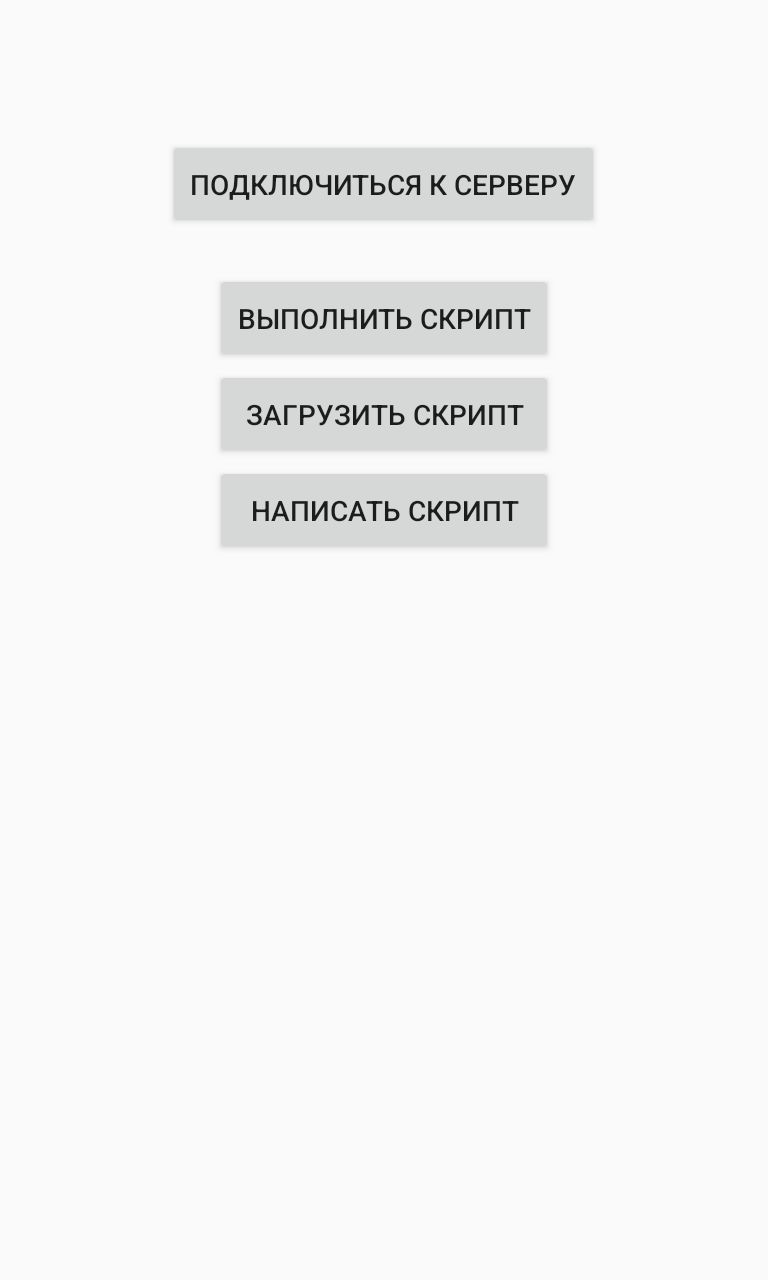
Repository: Laboratory711/Nightjar
Layout: android/Nightjar/workspace/Nightjar/res/layout/fragment_lab1.xml
These files come from the project's save history. The layout is drawn as it stood at one moment and after the next save; the edit follows.
It is drawn on a 768 x 1280 px phone screen (xhdpi) without system bars, with theme AppTheme; the app's code is not run.

Above is the layout before, as saved 2014-03-27 00:49:52.

### android/Nightjar/workspace/Nightjar/res/layout/fragment_lab1.xml
<RelativeLayout xmlns:android="http://schemas.android.com/apk/res/android"
    xmlns:tools="http://schemas.android.com/tools"
    android:layout_width="match_parent"
    android:layout_height="match_parent"
    android:paddingBottom="@dimen/activity_vertical_margin"
    android:paddingLeft="@dimen/activity_horizontal_margin"
    android:paddingRight="@dimen/activity_horizontal_margin"
    android:paddingTop="@dimen/activity_vertical_margin"
    tools:context="ru.vint.labsoo.Lab1$PlaceholderFragment" >

    <TextView
        android:id="@+id/textView2"
        android:layout_width="wrap_content"
        android:layout_height="wrap_content"
        android:layout_below="@+id/button1"
        android:layout_centerHorizontal="true"
        android:text="@string/TV_text" />

    <Button
        android:id="@+id/button2"
        android:layout_width="wrap_content"
        android:layout_height="wrap_content"
        android:layout_below="@+id/textView2"
        android:layout_centerHorizontal="true"
        android:text="@string/text_buttom2_Name" />

    <Button
        android:id="@+id/button3"
        android:layout_width="wrap_content"
        android:layout_height="wrap_content"
        android:layout_alignLeft="@+id/button2"
        android:layout_alignRight="@+id/button2"
        android:layout_below="@+id/button2"
        android:text="@string/text_buttom3_Name" />

    <Button
        android:id="@+id/button4"
        android:layout_width="wrap_content"
        android:layout_height="wrap_content"
        android:layout_alignLeft="@+id/button3"
        android:layout_alignRight="@+id/button3"
        android:layout_below="@+id/button3"
        android:text="@string/text_buttom4_Name" />

    <Button
        android:id="@+id/button1"
        android:layout_width="wrap_content"
        android:layout_height="wrap_content"
        android:layout_alignParentTop="true"
        android:layout_centerHorizontal="true"
        android:layout_marginTop="52dp"
        android:onClick="onClickButtom1"
        android:text="@string/text_buttom_Name" />

</RelativeLayout>

### android/Nightjar/workspace/Nightjar/res/values/strings.xml
<?xml version="1.0" encoding="utf-8"?>
<resources xmlns:android="http://schemas.android.com/apk/res/android">

    <string name="app_name">LabSOO</string>
    <string name="hello_world">Hello world!</string>
    <string name="action_settings">Настройки</string>
    <string android:layout_width="wrap_content" android:id="@+id/string1" android:layout_height="wrap_content" name="text_IP">IP Адрес сервера</string>
    <string android:id="@+id/string2" android:layout_height="wrap_content" android:layout_width="wrap_content" name="text_Port">Адрес порта</string>
    <string android:id="@+id/string3" android:layout_height="wrap_content" android:layout_width="wrap_content" name="text_buttom_Name">Подключиться к серверу</string>
    <string android:id="@+id/string4" android:layout_height="wrap_content" android:layout_width="wrap_content" name="TV_text"></string>
    <string android:id="@+id/string5" android:layout_height="wrap_content" android:layout_width="wrap_content" name="text_pref_app">Приложение написано группой студентов.</string>
	<string android:id="@+id/string6" android:layout_height="wrap_content" android:layout_width="wrap_content" name="text_buttom2_Name">Выполнить скрипт</string>
	<string android:id="@+id/string7" android:layout_height="wrap_content" android:layout_width="wrap_content" name="text_buttom3_Name">Загрузить скрипт</string>
	<string android:id="@+id/string8" android:layout_height="wrap_content" android:layout_width="wrap_content" name="text_buttom4_Name">Написать скрипт</string>
	<string name="pref_IP">IP_adres</string>
	<string name="pref_App">App</string>
	<string name="pref_Port">Prot</string>
</resources>

Loaded but not shown: android/Nightjar/workspace/Nightjar/res/values/styles.xml (common file); android/Nightjar/workspace/Nightjar/res/values-v11/styles.xml (common file); android/Nightjar/workspace/Nightjar/res/values-v14/styles.xml (common file); android/Nightjar/workspace/Nightjar/res/values/dimens.xml (common file); android/Nightjar/workspace/Nightjar/res/values-w820dp/dimens.xml (common file)

After the next save:
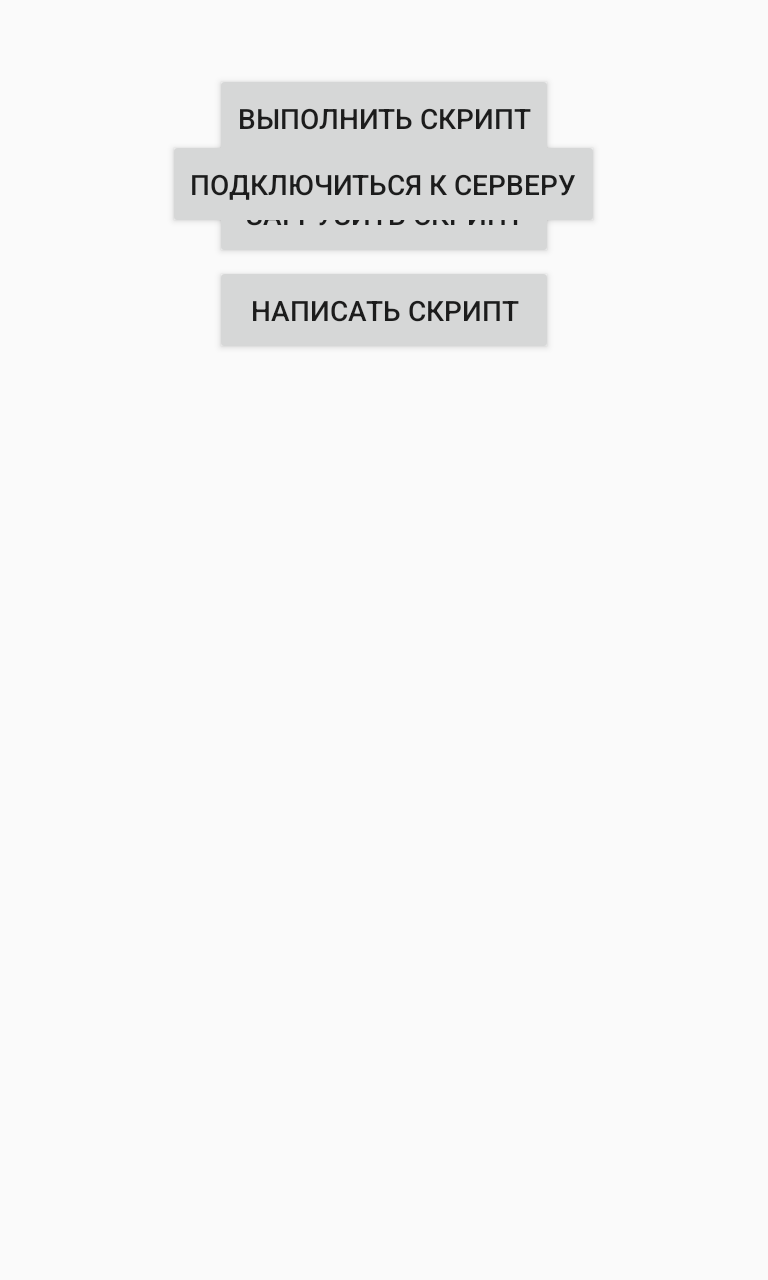
Saved 13 min 16 s later.
--- a/android/Nightjar/workspace/Nightjar/res/layout/fragment_lab1.xml
+++ b/android/Nightjar/workspace/Nightjar/res/layout/fragment_lab1.xml
@@ -12,7 +12,7 @@
         android:id="@+id/textView2"
         android:layout_width="wrap_content"
         android:layout_height="wrap_content"
-        android:layout_below="@+id/button1"
+
         android:layout_centerHorizontal="true"
         android:text="@string/TV_text" />
 

After the save that followed:
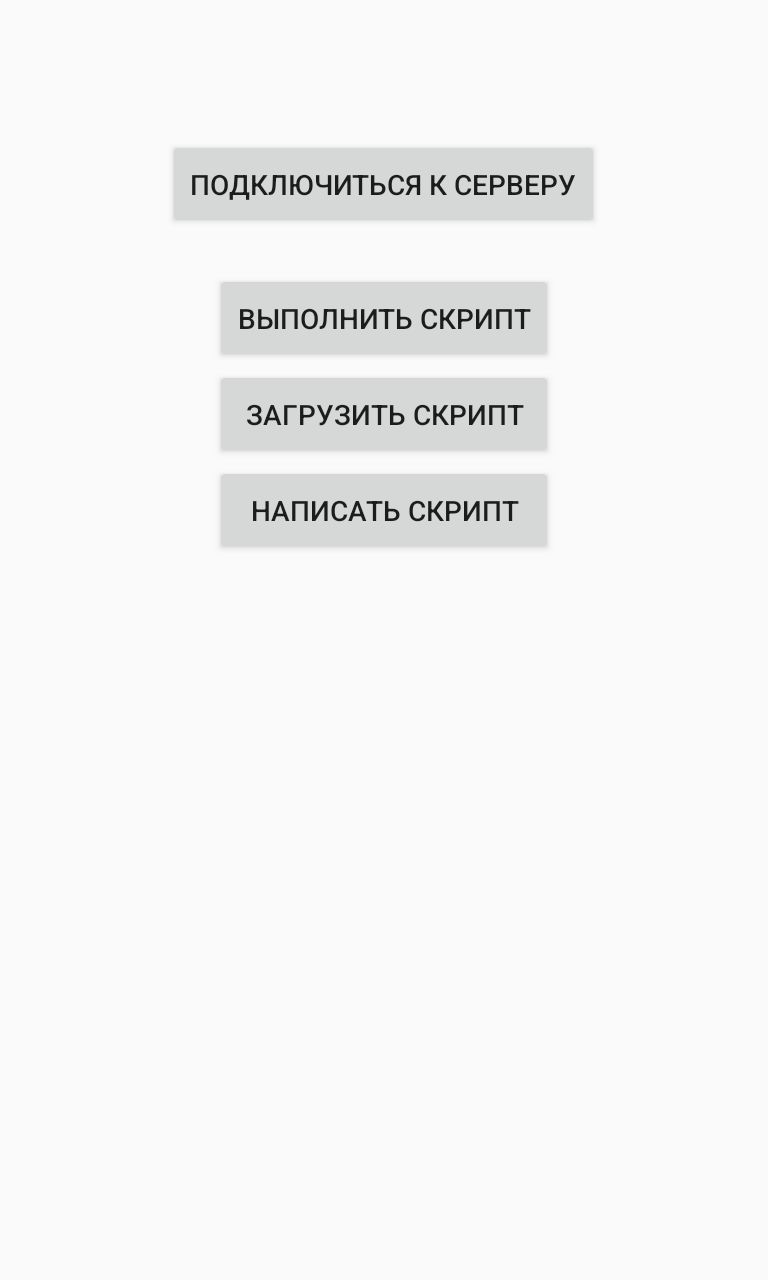
Saved 84 s later.
--- a/android/Nightjar/workspace/Nightjar/res/layout/fragment_lab1.xml
+++ b/android/Nightjar/workspace/Nightjar/res/layout/fragment_lab1.xml
@@ -12,7 +12,7 @@
         android:id="@+id/textView2"
         android:layout_width="wrap_content"
         android:layout_height="wrap_content"
-
+        android:layout_below="@+id/button1"
         android:layout_centerHorizontal="true"
         android:text="@string/TV_text" />
 
